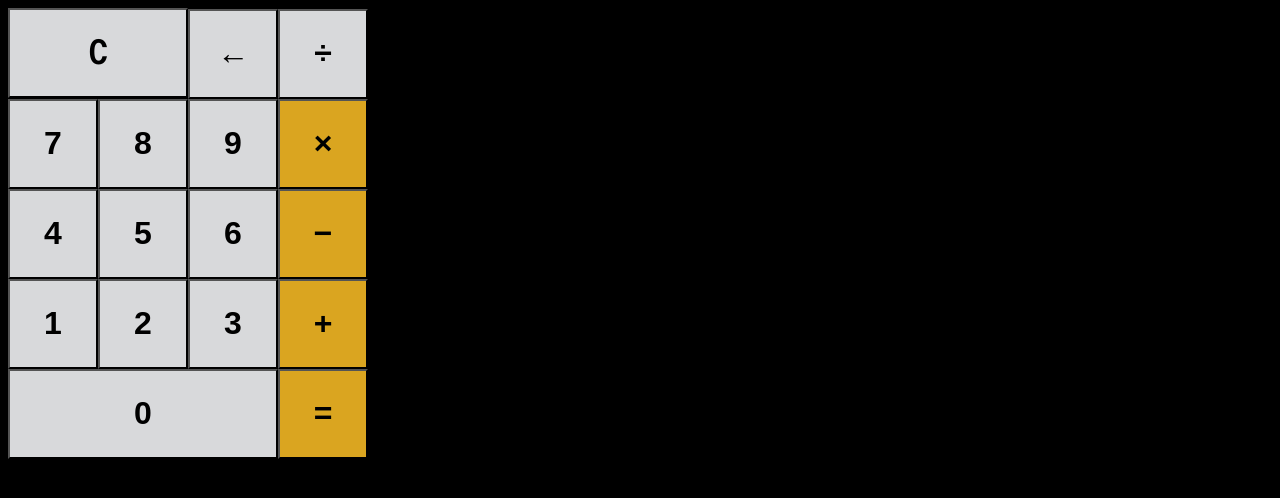
Repository: jontslater/LAB-calculator2
Page: index.html
These files come from the project's save history. The page is drawn as it stood at one moment and after the next save; the edit follows.
The browser window is 1280 px wide. The pictures show the whole page.

Above is the page before, as saved 2023-10-12 16:17:11.

After the next save:
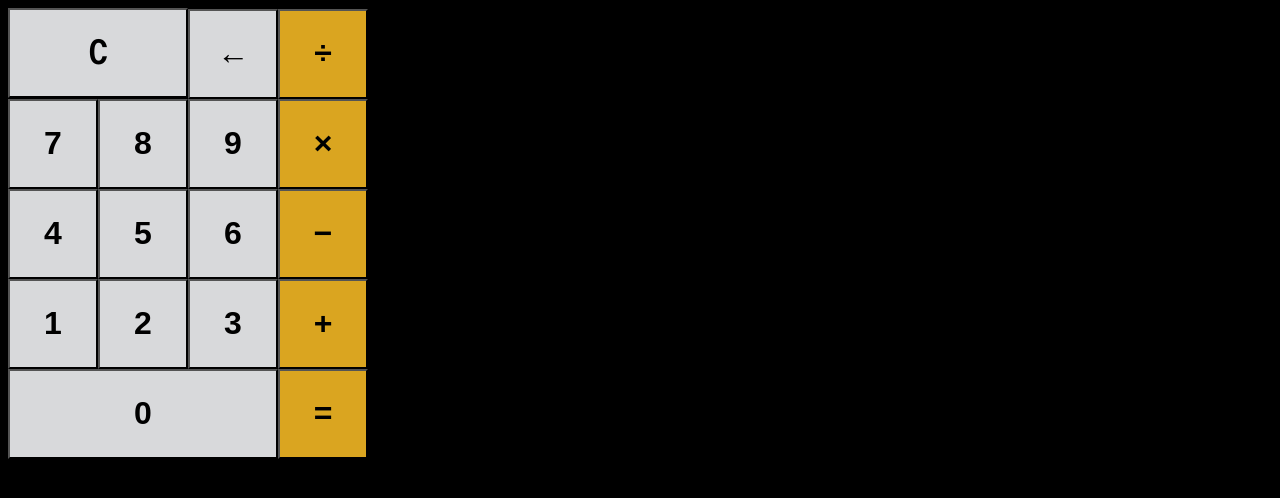
Saved 41 h 39 min later.
--- a/index.html
+++ b/index.html
@@ -14,7 +14,7 @@
   <table>
     <button class="symbols gray three">&#8705;</button>
     <button class="symbols gray">&#8592;</button>
-    <button class="symbols gray">&#247;</button>
+    <button class="symbols orange">&#247;</button>
   </table>
 
   <table>
